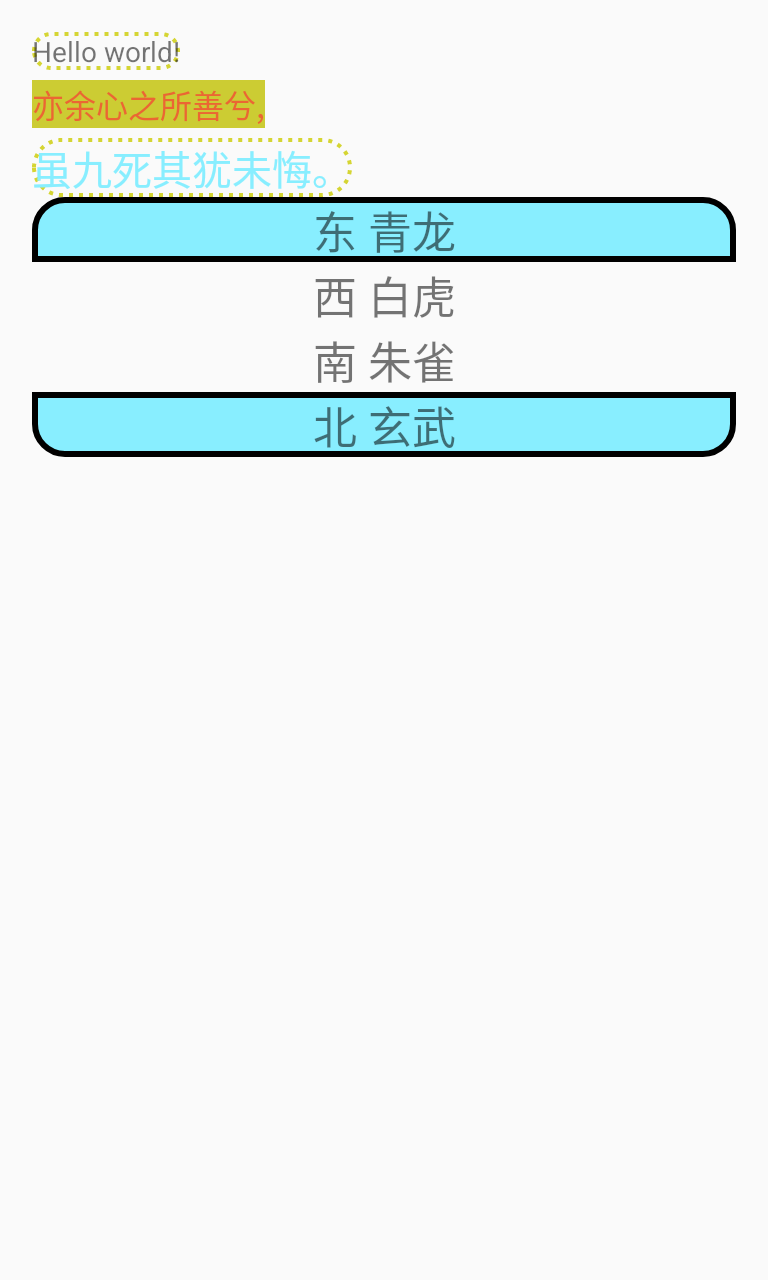
Repository: duhei/cici
Layout: GitHubFrist/res/layout/activity_main.xml
These files come from the project's save history. The layout is drawn as it stood at one moment and after the next save; the edit follows.
It is drawn on a 768 x 1280 px phone screen (xhdpi) without system bars, with theme AppTheme; the app's code is not run.

Above is the layout before, as saved 2015-07-10 08:53:37.

After the next save:
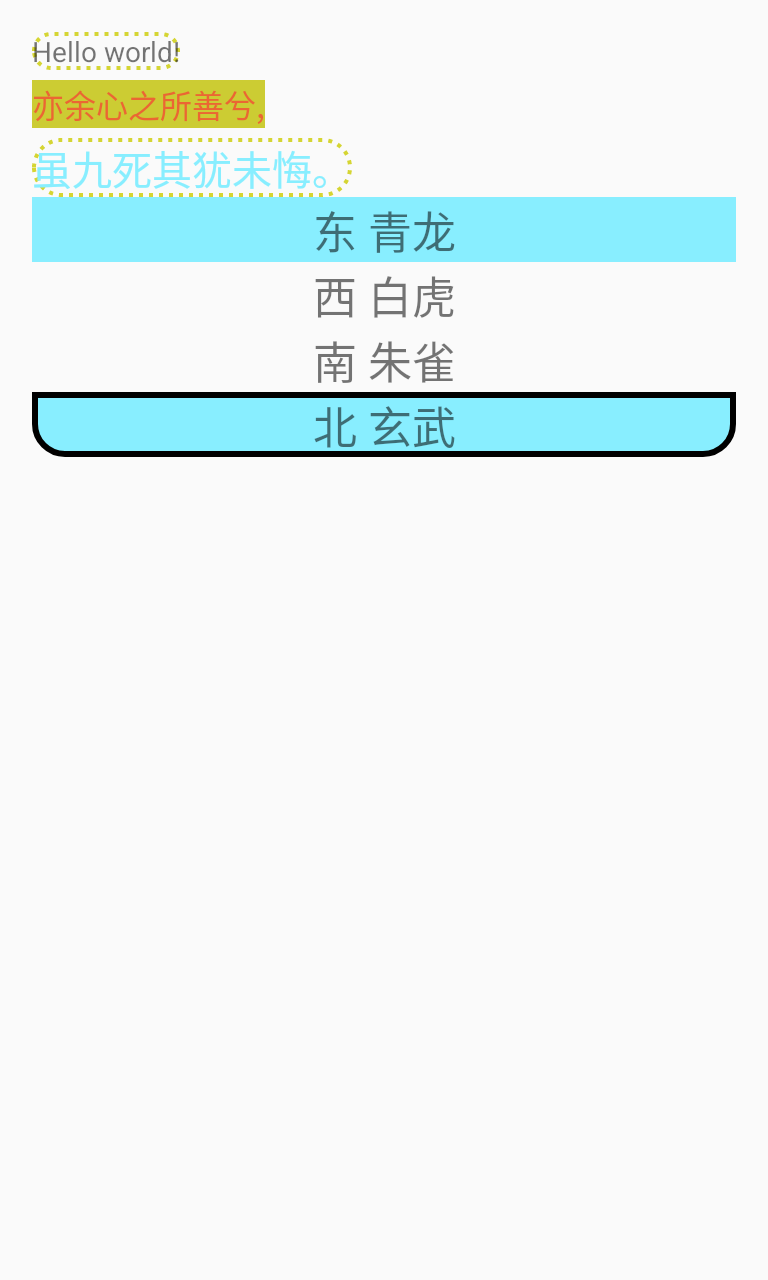
Saved 26 s later.
--- a/GitHubFrist/res/layout/activity_main.xml
+++ b/GitHubFrist/res/layout/activity_main.xml
@@ -39,6 +39,7 @@
         android:text="@string/east"
         android:textSize="22dp"
         android:gravity="center"
+        android:background="#FF88EEFF"
         />
 
     <TextView

After the save that followed:
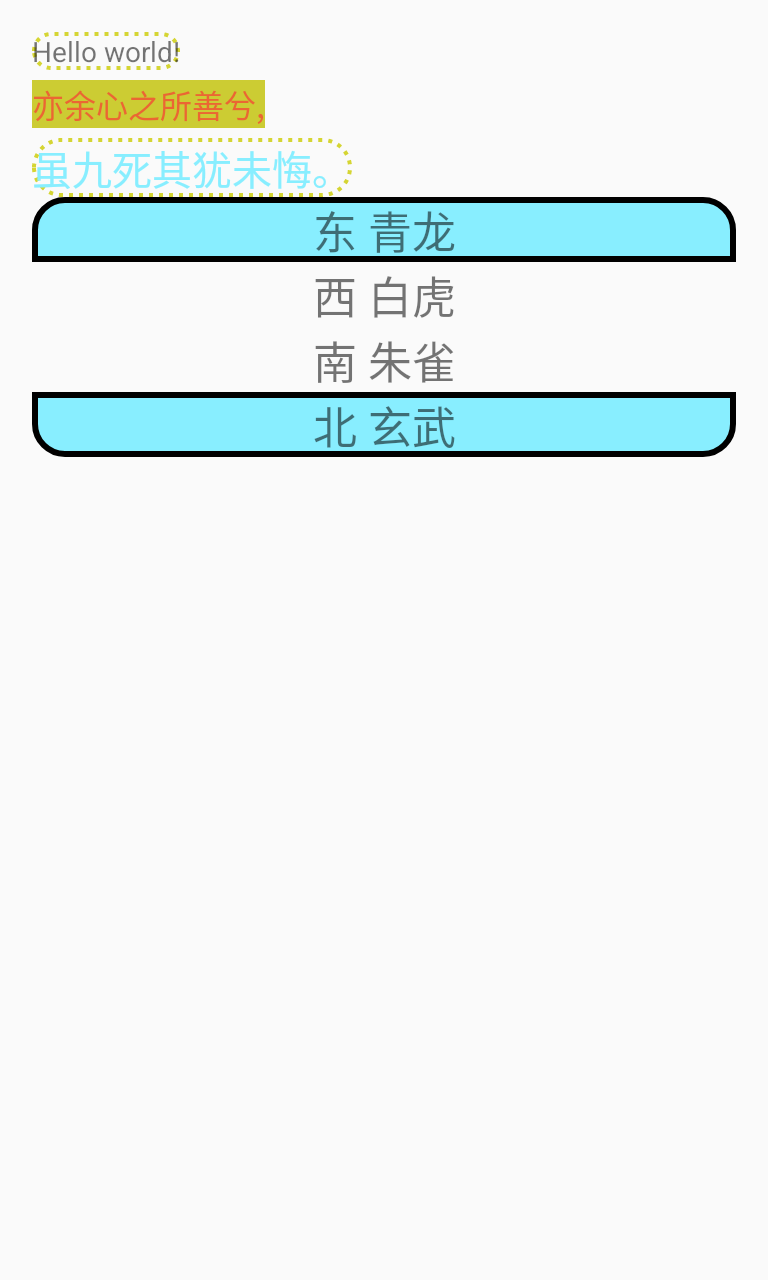
Saved 15 s later.
--- a/GitHubFrist/res/layout/activity_main.xml
+++ b/GitHubFrist/res/layout/activity_main.xml
@@ -39,7 +39,7 @@
         android:text="@string/east"
         android:textSize="22dp"
         android:gravity="center"
-        android:background="#FF88EEFF"
+
         />
 
     <TextView
